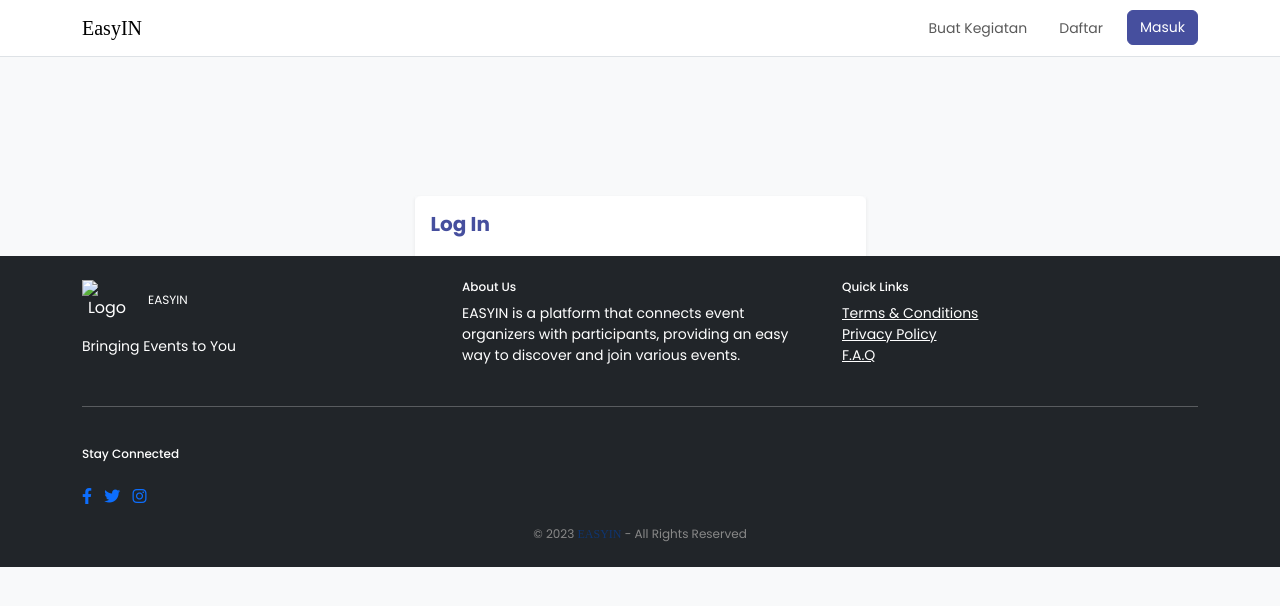
Repository: Imadaaa/Ticketing_Online
Page: http://localhost/login
These files come from the project's save history. The page is drawn as it stood at one moment and after a run of saves; the edit follows.
The browser window is 1280 px wide. The pictures show the whole page.
Some web fonts or font styles are not loaded; a fallback is used. The page is served by the project's Laravel application, run on PHP 8.4 with Laravel 10. Other server files are loaded and not shown.

Above is the page before, as saved 2023-08-22 02:39:29.
Console error: ReferenceError: $ is not defined

### routes/web.php
<?php

use Illuminate\Support\Facades\Route;
use App\Http\Controllers\AuthController;
use App\Http\Controllers\AcaraController;
use App\Http\Controllers\TiketController;
use App\Http\Controllers\UsersController;
use App\Http\Controllers\KampusController;
use App\Http\Controllers\LokasiController;
use App\Http\Controllers\KategoriController;
use App\Http\Controllers\DashboardController;
use App\Http\Controllers\JenisTiketController;
use App\Http\Controllers\LandingPageController;
use App\Http\Controllers\MetodePembayaranController;

/*
|--------------------------------------------------------------------------
| Web Routes
|--------------------------------------------------------------------------
|
| Here is where you can register web routes for your application. These
| routes are loaded by the RouteServiceProvider and all of them will
| be assigned to the "web" middleware group. Make something great!
|
*/

// landing page
Route::get('/', [LandingPageController::class, 'index'])->name('landing-page.index');

// acara
Route::group(['prefix' => 'acara'], function() {
    Route::get('/{slug}', [AcaraController::class, 'landingPageShow'])->name('landing-page.acara.show');
});

// kategori
Route::group(['prefix' => 'kategori'], function() {
    Route::get('/', [KategoriController::class, 'landingPageIndex'])->name('landing-page.kategori.index');
});

// auth
Route::get('/login', [AuthController::class, 'getLogin'])->name('login');
Route::post('/login', [AuthController::class, 'doLogin']);
Route::post('/logout', [AuthController::class, 'doLogout'])->name('logout');
Route::group(['prefix' => 'register'], function() {
    Route::get('/', [AuthController::class, 'getRegister'])->name('register');
    Route::post('/', [AuthController::class, 'doRegister']);
    Route::get('/verifikasi/{token}', [AuthController::class, 'doVerifikasi']);
});

// dashboard
Route::group(['prefix' => 'dashboard'], function() {
    // pages
    Route::get('/', [DashboardController::class, 'getIndex'])->name('dashboard.index');

    // kategori
    Route::group(['prefix' => 'kategori'], function() {
        Route::get('/datatable-json', [KategoriController::class, 'datatableJson'])->name('dashboard.kategori.datatable-json');
    });
    Route::resource('kategori', KategoriController::class, ['as' => 'dashboard'])->except('show');

    // lokasi
    Route::group(['prefix' => 'lokasi'], function() {
        Route::get('/datatable-json', [LokasiController::class, 'datatableJson'])->name('dashboard.lokasi.datatable-json');
    });
    Route::resource('lokasi', LokasiController::class, ['as' => 'dashboard'])->except('show');

    // kampus
    Route::group(['prefix' => 'kampus'], function() {
        Route::get('/datatable-json', [KampusController::class, 'datatableJson'])->name('dashboard.kampus.datatable-json');
    });
    Route::resource('kampus', KampusController::class, ['as' => 'dashboard'])->except('show')->parameters(['kampus' => 'kampus']);

    // metode pembayaran
    Route::group(['prefix' => 'metode-pembayaran'], function() {
        Route::get('/datatable-json', [MetodePembayaranController::class, 'datatableJson'])->name('dashboard.metode-pembayaran.datatable-json');
    });
    Route::resource('metode-pembayaran', MetodePembayaranController::class, ['as' => 'dashboard'])->except('show');

    // user
    Route::group(['prefix' => 'user'], function() {
        Route::get('/datatable-json', [UsersController::class, 'datatableJson'])->name('dashboard.user.datatable-json');
    });
    Route::resource('user', UsersController::class, ['as' => 'dashboard'])->only(['index', 'destroy']);

    // acara
    Route::group(['prefix' => 'acara'], function() {
        Route::get('/datatable-json', [AcaraController::class, 'datatableJson'])->name('dashboard.acara.datatable-json');

        Route::get('/{acara}/jenis-tiket', [JenisTiketController::class, 'index'])->name('dashboard.jenis-tiket.index');
        Route::post('/{acara}/jenis-tiket', [JenisTiketController::class, 'store'])->name('dashboard.jenis-tiket.store');

        Route::get('/{acara}/tiket/datatable-json', [TiketController::class, 'datatableJson'])->name('dashboard.tiket.datatable-json');
        Route::post('/{acara}/tiket', [TiketController::class, 'store'])->name('dashboard.tiket.store');
        Route::delete('/tiket/{tiket}', [TiketController::class, 'destroy'])->name('dashboard.tiket.destroy');
    });
    Route::resource('acara', AcaraController::class, ['as' => 'dashboard'])->except('show');
});

### app/Http/Controllers/AuthController.php
<?php

namespace App\Http\Controllers;

use App\Models\User;
use App\Mail\VerifyEmail;
use Illuminate\Support\Str;
use Illuminate\Http\Request;
use App\Http\Requests\UserRequest;
use Illuminate\Support\Facades\DB;
use Illuminate\Support\Facades\Mail;

class AuthController extends Controller
{
    public function getLogin()
    {
        return view('auth.login');
    }

    public function doLogin(Request $request)
    {
        $credentials = [
            'email' => $request->email,
            'password' => $request->password,
            'is_active' => true
        ];

        if(auth()->attempt($credentials)) {
            return redirect()->route('landing-page.index');
        }

        return redirect()->back()->with('error', 'Email atau password salah');
    }

    public function getRegister()
    {
        return view('auth.register');
    }

    public function doRegister(UserRequest $request)
    {
        $verify_token = Str::random(25);

        $payload = [
            'nama' => $request->nama,
            'verify_token' => $verify_token
        ];

        DB::beginTransaction();

        try {
            Mail::to($request->email)->send(new VerifyEmail($payload));

            User::create([
                'nama' => $request->nama,
                'email' => $request->email,
                'password' => bcrypt($request->password),
                'verify_email_token' => $verify_token
            ]);

            DB::commit();

            return redirect()->back()->with('success', 'Silahkan periksa email anda');
        } catch (Exception $e) {
            DB::rollback();

            return redirect()->back()->with('error', 'Proses registrasi gagal');
        }
    }

    public function doLogout()
    {
        auth()->logout();

        return redirect()->route('landing-page.index');
    }

    public function doVerifikasi($token)
    {
        if(!$token) {
            abort(404);
        }

        $user = User::where('verify_email_token', '=', $token)->firstOrFail();

        $user->update([
            'email_verified_at' => date('Y-m-d H:i:s'),
            'verify_email_token' => null,
            'is_active' => true
        ]);

        return redirect()->route('login')->with('success', 'Email berhasil di verifikasi, silahkan masuk');
    }
}

### resources/views/auth/login.blade.php
@extends('template.landing-page.app')

@section('title', 'Login')

@push('styles')
    <style>
        .wrap-login {
            margin-top: 100px;
        }
    </style>
@endpush

@section('content')
    <div class="container py-5">
        <div class="row mt-5 justify-content-center">
            <div class="col-lg-5 wrap-login">
                @if(session('error'))
                    <div class="alert bg-danger fs-14 text-white">
                        <i class="fa-solid fa-circle-xmark"></i>
                        <span>{{ session('error') }}</span>
                    </div>
                @elseif(session('success'))
                    <div class="alert bg-success fs-14 text-white">
                        <i class="fa-solid fa-circle-check"></i>
                        <span>{{ session('success') }}</span>
                    </div>
                @endif
                <div class="card border-0">
                    <div class="card-body shadow-sm">
                        <h5 class="fw-700 text-primary">Log In</h5>
                        <form action="{{ url('/login') }}" method="POST" class="mt-3">
                            @csrf
                            <div class="mb-3">
                                <label for="email" class="fs-14">Email</label>
                                <input type="email" class="form-control fs-14" name="email" id="email" placeholder="Masukkan email" required>
                            </div>
                            <div class="mb-3">
                                <label for="password" class="fs-14">Password</label>
                                <input type="password" class="form-control fs-14" name="password" id="password" placeholder="Masukkan password" required>
                            </div>
                            <div class="mb-3">
                                <p class="fs-14 mb-1 text-muted">Belum punya akun? daftar <a class="text-primary text-decoration-none" href="{{ route('register') }}">disini</a></p>
                                <p class="fs-14 mb-1 text-muted"><a class="text-primary text-decoration-none" href="{{ route('register') }}">Lupa Password</a></p>
                                <button type="submit" class="btn btn-primary fw-700 fs-14">Log In</button>
                            </div>
                        </form>
                    </div>
                </div>
            </div>
        </div>
    </div>
@endsection

### resources/views/template/landing-page/app.blade.php
<!doctype html>
<html lang="en">

<head>
    <meta charset="utf-8">
    <meta name="viewport" content="width=device-width, initial-scale=1">
    <title>EasyIN - @yield('title')</title>

    @include('template.landing-page.partials._style')
</head>

<body class="bg-light">
    {{-- navbar --}}
    @include('template.landing-page.partials._navbar')

    @yield('content')

    {{-- footer --}}
    @include('template.landing-page.partials._footer')

    @include('template.landing-page.partials._script')
</body>

</html>

### resources/views/template/landing-page/partials/_style.blade.php
<link href="https://cdn.jsdelivr.net/npm/bootstrap@5.3.1/dist/css/bootstrap.min.css" rel="stylesheet"
    integrity="sha384-4bw+/aepP/YC94hEpVNVgiZdgIC5+VKNBQNGCHeKRQN+PtmoHDEXuppvnDJzQIu9" crossorigin="anonymous">
<link rel="stylesheet" href="{{ asset('css/custom.css') }}">
<link rel="preconnect" href="https://fonts.googleapis.com">
<link rel="preconnect" href="https://fonts.gstatic.com" crossorigin>
<link href="https://fonts.googleapis.com/css2?family=Audiowide&family=Poppins:wght@400;500;600;700&display=swap"
    rel="stylesheet">
<link rel="stylesheet" href="https://cdnjs.cloudflare.com/ajax/libs/font-awesome/6.4.0/css/all.min.css"
    integrity="sha512-iecdLmaskl7CVkqkXNQ/ZH/XLlvWZOJyj7Yy7tcenmpD1ypASozpmT/E0iPtmFIB46ZmdtAc9eNBvH0H/ZpiBw=="
    crossorigin="anonymous" referrerpolicy="no-referrer" />
<link rel="stylesheet" href="{{ asset('path/to/slick.css') }}">
<link rel="stylesheet" href="{{ asset('path/to/slick-theme.css') }}">
<script src="{{ asset('path/to/slick.min.js') }}"></script>
@stack('styles')

### resources/views/template/landing-page/partials/_navbar.blade.php
<nav class="navbar navbar-expand-lg {{ request()->is('login') || request()->is('register') || !request()->is('/') ? 'bg-white border-bottom' : '' }}">
    <div class="container">
        <a class="navbar-brand {{ request()->is('login') || request()->is('register') || !request()->is('/') ? '' : 'text-white' }} text-title" href="{{ route('landing-page.index') }}">EasyIN</a>
        <button class="navbar-toggler" type="button" data-bs-toggle="collapse" data-bs-target="#navbarNav"
            aria-controls="navbarNav" aria-expanded="false" aria-label="Toggle navigation">
            <span class="navbar-toggler-icon"></span>
        </button>
        <div class="collapse navbar-collapse" id="navbarNav">
            <ul class="navbar-nav ms-auto">
                <li class="nav-item ms-3">
                    <a class="nav-link {{ request()->is('login') || request()->is('register') || !request()->is('/') ? '' : 'text-white' }} fs-14" aria-current="page" href="#">Buat Kegiatan</a>
                </li>
                @if(auth()->user())
                    <li class="nav-item ms-3">
                        <a class="nav-link {{ request()->is('login') || request()->is('register') || !request()->is('/') ? '' : 'text-white' }} fs-14" href="{{ route('dashboard.index') }}">Dashboard</a>
                    </li>
                    <li class="nav-item ms-3">
                        <a class="nav-link {{ request()->is('login') || request()->is('register') || !request()->is('/') ? '' : 'text-white' }} fs-14" href="#" onclick="document.getElementById('form-logout').submit();">Logout <i class="fa-solid fa-power-off"></i></a>
                        <form action="{{ route('logout') }}" method="POST" id="form-logout">
                            @csrf
                        </form>
                    </li>
                @else
                    <li class="nav-item ms-3">
                        <a class="nav-link {{ request()->is('login') || request()->is('register') || !request()->is('/') ? '' : 'text-white' }} fs-14" href="{{ route('register') }}">Daftar</a>
                    </li>
                    <li class="nav-item ms-3">
                        <a class="btn btn-primary {{ request()->is('login') || request()->is('register') || !request()->is('/') ? '' : 'text-white' }} fs-14" href="{{ route('login') }}">Masuk</a>
                    </li>
                @endif
            </ul>
        </div>
    </div>
</nav>

### resources/views/template/landing-page/partials/_footer.blade.php
<footer class="bg-dark text-white py-4 {{ request()->is('login') || request()->is('register') ? 'footer-fixed' : '' }}">

    <style>
        body {
            margin-bottom: 100px;
            /* Atur sesuai tinggi footer */
            position: relative;
        }

        footer.footer-fixed {
            position: absolute;
            bottom: 0;
            width: 100%;
        }
    </style>

    <div class="container">
        <div class="row">
            <div class="col-md-4">
                <div class="d-flex align-items-center text-center">
                    <img src="{{ asset('storage/img/logo/Steam_icon.png') }}" alt="Logo" class="logo me-3"
                        style="max-width: 50px;">
                    <p class="fs-12 mb-0 unique-font">EASYIN</p>
                </div>
                <p class="mt-3 fs-14">Bringing Events to You</p>
            </div>
            <div class="col-md-4">
                <h5 class="fs-12">About Us</h5>
                <p class="fs-14">EASYIN is a platform that connects event organizers with participants, providing an
                    easy way to discover and join various events.</p>
            </div>
            <div class="col-md-4">
                <h5 class="fs-12">Quick Links</h5>
                <ul class="list-unstyled fs-14">
                    <li><a href="#" class="text-white">Terms & Conditions</a></li>
                    <li><a href="#" class="text-white">Privacy Policy</a></li>
                    <li><a href="#" class="text-white">F.A.Q</a></li>
                </ul>
            </div>
        </div>
        <hr class="my-4">
        <div class="row">
            <div class="col-md-10 mt-3">
                <h5 class="fs-12 mb-4">Stay Connected</h5>
                <ul class="list-inline social-icons">
                    <li class="list-inline-item"><a href="#" class="social-link"><i
                                class="fab fa-facebook-f"></i></a>
                    </li>
                    <li class="list-inline-item"><a href="#" class="social-link"><i
                                class="fab fa-twitter"></i></a></li>
                    <li class="list-inline-item"><a href="#" class="social-link"><i
                                class="fab fa-instagram"></i></a>
                    </li>
                </ul>
            </div>
        </div>
        <div class="row">
            <div class="col-md-12 text-center">
                <p class="fs-12 mb-0" style="color: #888;">&copy; {{ date('Y') }} <span class="text-title"
                        style="color: #0f356f;">EASYIN</span> - All Rights Reserved</p>
            </div>
        </div>
    </div>
</footer>

### resources/views/template/landing-page/partials/_script.blade.php
<script src="https://cdn.jsdelivr.net/npm/bootstrap@5.3.1/dist/js/bootstrap.bundle.min.js"
    integrity="sha384-HwwvtgBNo3bZJJLYd8oVXjrBZt8cqVSpeBNS5n7C8IVInixGAoxmnlMuBnhbgrkm" crossorigin="anonymous">
</script>
<script>
    $(document).ready(function() {
        $('.slider').slick({
            autoplay: true,
            dots: true,
            // Konfigurasi slider lainnya sesuai kebutuhan
        });
    });
</script>
@stack('scripts')

### public/css/custom.css
* {
    font-family: "Poppins", sans-serif;
}

.navbar {
    position: absolute !important;
    width: 100%;
    z-index: 1;
}

#hero {
    background-image: url("../img/hero.jpg");
    height: 500px;
    background-position: center;
    background-repeat: no-repeat;
    position: relative;
}

#hero::after {
    content: "";
    height: 100%;
    width: 100%;
    background-color: rgba(0, 0, 0, .5);
    display: block;
}

#hero .text-hero {
    position: absolute;
    width: auto;
    height: auto;
    top: 40%;
    text-align: center;
}

.search-bar {
    margin-top: -80px;
    z-index: 1;
    position: relative;
}

.search-bar .wrap-search-form {
    padding: 60px 50px;
}

#kegiatan-kampus .card {
    background-position: center;
    background-size: cover;
    background-repeat: no-repeat;
    position: relative;
}

#kegiatan-kampus .card::before {
    content: "";
    height: 100%;
    width: 100%;
    background-color: rgba(0, 0, 0, .5);
    display: block;
    position: absolute;
    border-radius: 0.375rem;
}

#kegiatan-kampus .card .card-body h5 {
    margin-top: 200px;
}

#kegiatan-kampus .card .card-body h5, #kegiatan-kampus .card .card-body p, #kegiatan-kampus .card .card-body a {
    z-index: 1;
    position: relative;
}

footer, .bg-dark {
    background-color: #212529 !important;
}

.text-title {
    font-family: 'Audiowide', cursive;
}

.fs-14 {
    font-size: 14px;
}

.fs-12 {
    font-size: 12px;
}

.fs-60 {
    font-size: 60px;
}

.fw-700 {
    font-weight: 700;
}

.btn-primary {
    background-color: #464F9E !important;
    border-color: #464F9E !important;
}

.btn-outline-primary {
    background-color: white !important;
    border-color: #464F9E !important;
    color: #464F9E !important;
}

.btn-outline-primary:hover {
    background-color: #464F9E !important;
    color: white !important;
}

.text-primary {
    color: #464F9E !important;
}

.footer-fixed {
    position: absolute;
    width: 100%;
    bottom: 0;
}

Loaded but not shown: app/Http/Controllers/Controller.php (common file)

After the next 6 saves:
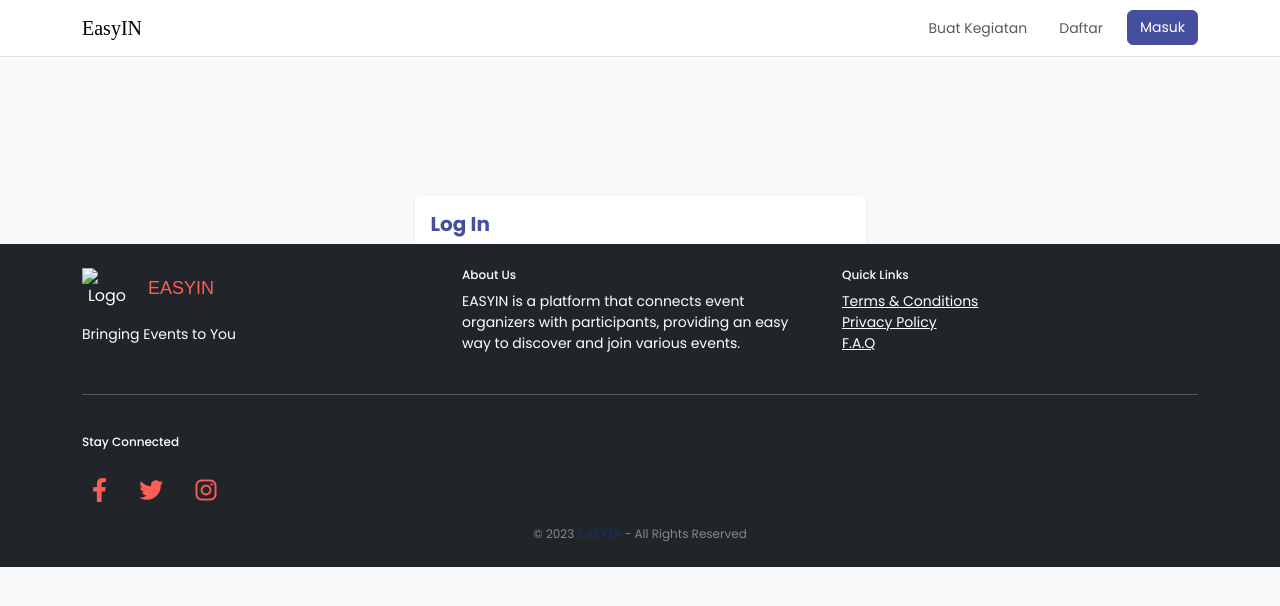
The 6 saves are shown as one change because they came seconds apart.
The last was saved 41 s later.
--- a/resources/views/template/landing-page/partials/_footer.blade.php
+++ b/resources/views/template/landing-page/partials/_footer.blade.php
@@ -11,6 +11,48 @@
             position: absolute;
             bottom: 0;
             width: 100%;
+        }
+
+         <>
+        .footer-fixed {
+            position: absolute;
+            bottom: 0;
+            width: 100%;
+        }
+
+        .unique-font {
+            font-family: 'Audiowide', sans-serif;
+            font-size: 18px;
+            color: #fd5e53;
+            margin-bottom: 5px;
+        }
+
+        .social-link {
+            font-size: 24px;
+            color: #fd5e53;
+            margin: 0 10px;
+            transition: transform 0.3s ease-in-out;
+        }
+
+        .social-link:hover {
+            transform: scale(1.2);
+        }
+
+        .footer-heading {
+            font-size: 14px;
+            font-weight: bold;
+            color: #fff;
+            margin-bottom: 10px;
+        }
+
+        .footer-link {
+            color: #fff;
+            text-decoration: none;
+            transition: color 0.3s ease-in-out;
+        }
+
+        .footer-link:hover {
+            color: #fd5e53;
         }
     </style>
 
